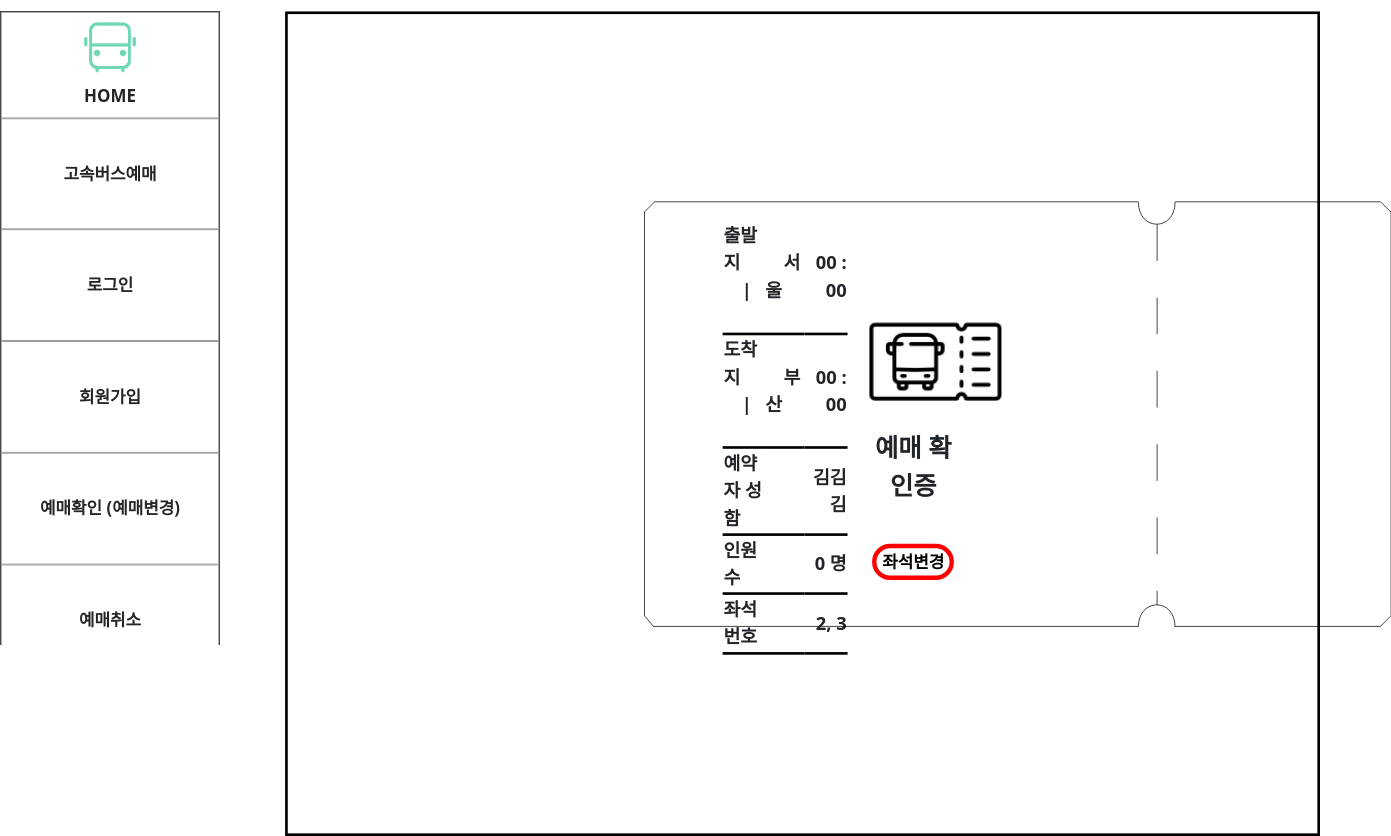
Repository: rudqhd79/spring_personal
Page: http://localhost/reservation/check
The author's editor kept a copy of each file at every save. The page is drawn from the files as they stood at one save, then again after the next save.
The browser window is 1280 px wide. The page is 1581 px wide, so the pictures cover 1581 px, including what lies to the right of the window. The pictures show the whole page, at 88% of full size.
The page is this project's Thymeleaf template; nobody is signed in. The template is opened directly, without the code that normally fills it, so the values that code supplies are empty.

Above is the page before, as saved 2023-02-03 07:42:36.

After the next save:
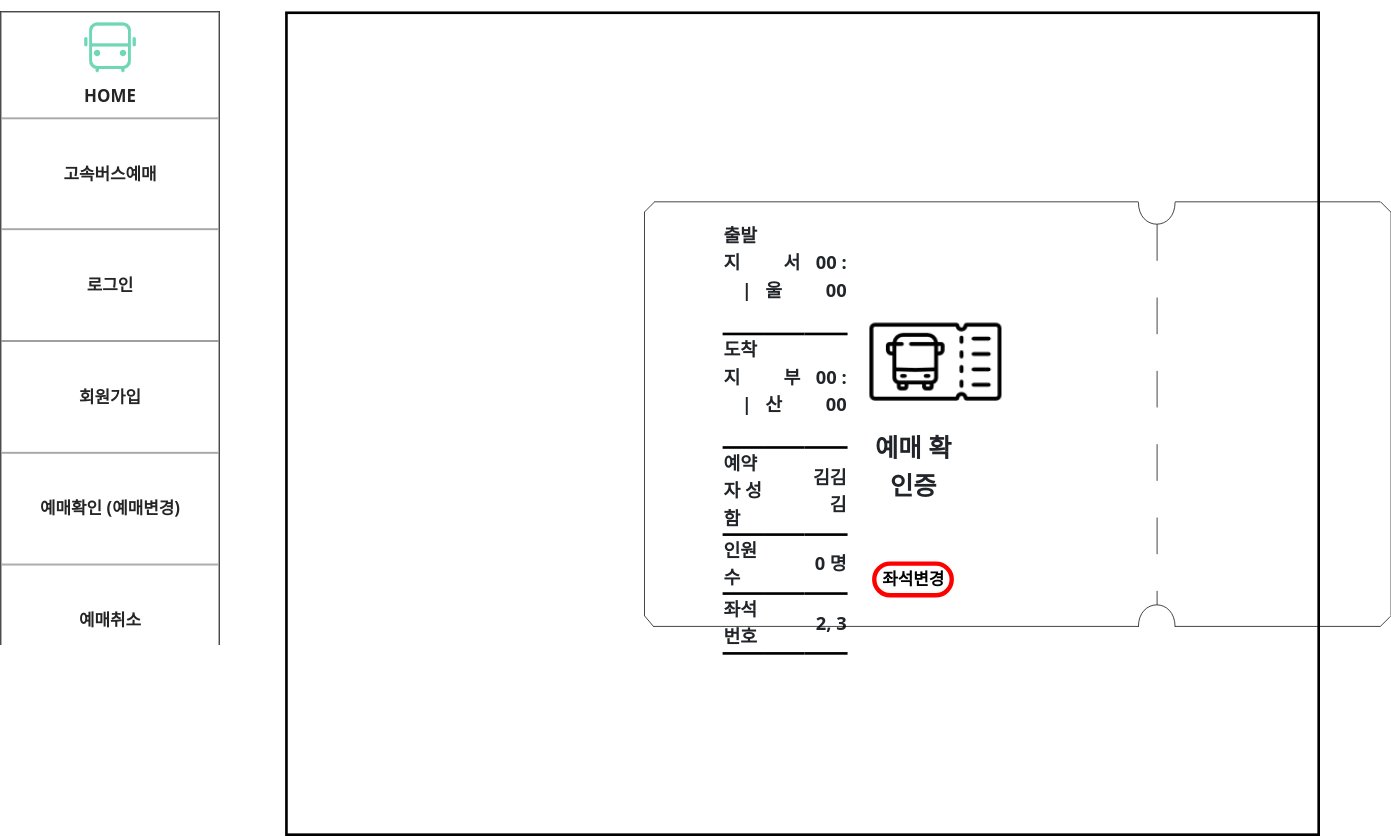
Saved 13 s later.
--- a/bus-reservation/src/main/resources/templates/reservation/check.html
+++ b/bus-reservation/src/main/resources/templates/reservation/check.html
@@ -71,7 +71,7 @@
 					<div class="check_child">
 						<img src="/img/bus_ticket.png" style="height: 150px; width: 150px" />
 						<p>예매 확인증</p>
-						<input type="submit" value="좌석변경" style="font-weight: bold; border: 5px solid red; border-radius: 30px; font-size: 1.2em; background: white; margin-top: 30px;" />
+						<input type="submit" value="좌석변경" style="font-weight: bold; border: 5px solid red; border-radius: 30px; font-size: 1.2em; background: white; margin-top: 50px;" />
 					</div>
 				</div>
 			</form>
